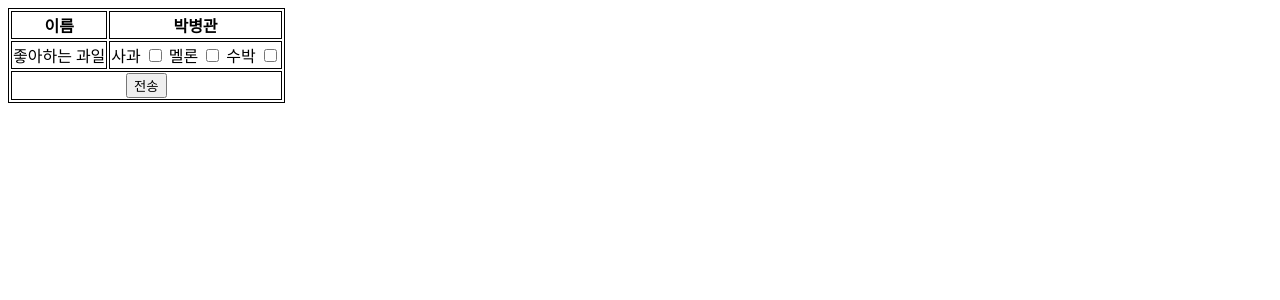
Repository: KyoJin-Hwang/LanguageStudy
Page: Server/스인재 WebServer/question2/src/main/webapp/input_info.html
The author's editor kept a copy of each file at every save. The page is drawn from the files as they stood at one save, then again after the next save.
The browser window is 1280 px wide. The pictures show the whole page.

Above is the page before, as saved 2022-06-13 01:33:36.

### Server/스인재 WebServer/question2/src/main/webapp/input_info.html
<!DOCTYPE html>
<html lang="en">
<head>
    <meta charset="UTF-8">
    <meta http-equiv="X-UA-Compatible" content="IE=edge">
    <meta name="viewport" content="width=device-width, initial-scale=1.0">
    <title>Document</title>
</head>
<style>
    table, tr, th, td{
        border:1px solid black;
    }
</style>
<body>
	<form action="result.jsp" method="get">
    <table>
        <tr>
            <th>
                이름
            </th>
            <th>
                박병관
            </th>
        </tr>
        <tr >
            <td>좋아하는 과일</td>
            <td>
                사과 <input type="checkbox" value="사과" name="check1">
                멜론 <input type="checkbox" value="멜론" name="check2">
                수박 <input type="checkbox" value="수박" name="check3">
            </td>
        </tr>
        <tr>
            <td style="text-align: center;" colspan="2">
            <input type="submit" name="submit" value="전송" >
            </td>
        </tr>
    </table>
    </form>
</body>
</html>

After the next save:
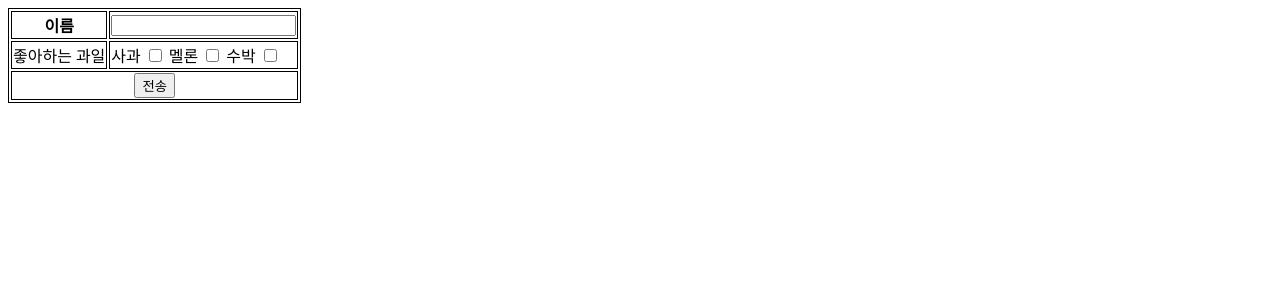
Saved 2 min 34 s later.
--- a/Server/스인재 WebServer/question2/src/main/webapp/input_info.html
+++ b/Server/스인재 WebServer/question2/src/main/webapp/input_info.html
@@ -19,7 +19,7 @@
                 이름
             </th>
             <th>
-                박병관
+               <input type="text" name="name">
             </th>
         </tr>
         <tr >
